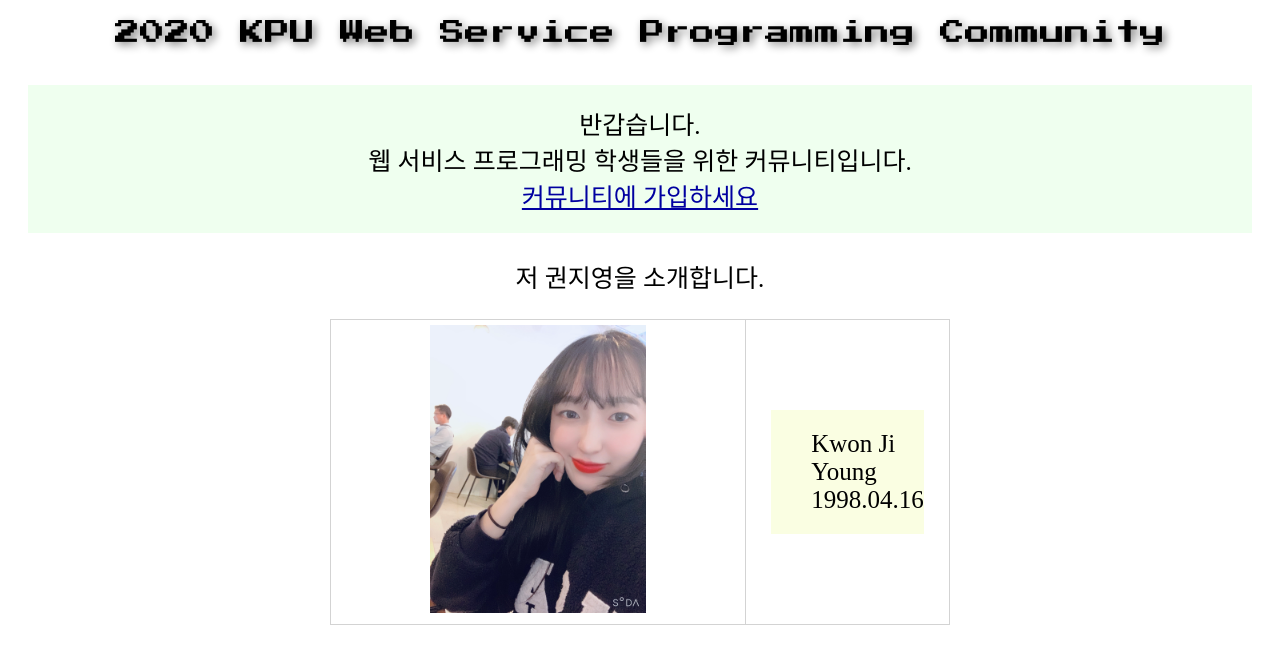
Repository: JiYoung-Kwon/WebProgramming
Page: workspace_20206R/kwonjiyoung_reg/WebContent/welcome.html
An editor plug-in stored every save of this project. The page is shown before and after the next save, followed by the edit.
The browser window is 1280 px wide. The pictures show the whole page.
Some web fonts or font styles are not loaded; a fallback is used.

Above is the page before, as saved 2020-10-07 07:52:23.

After the next save:
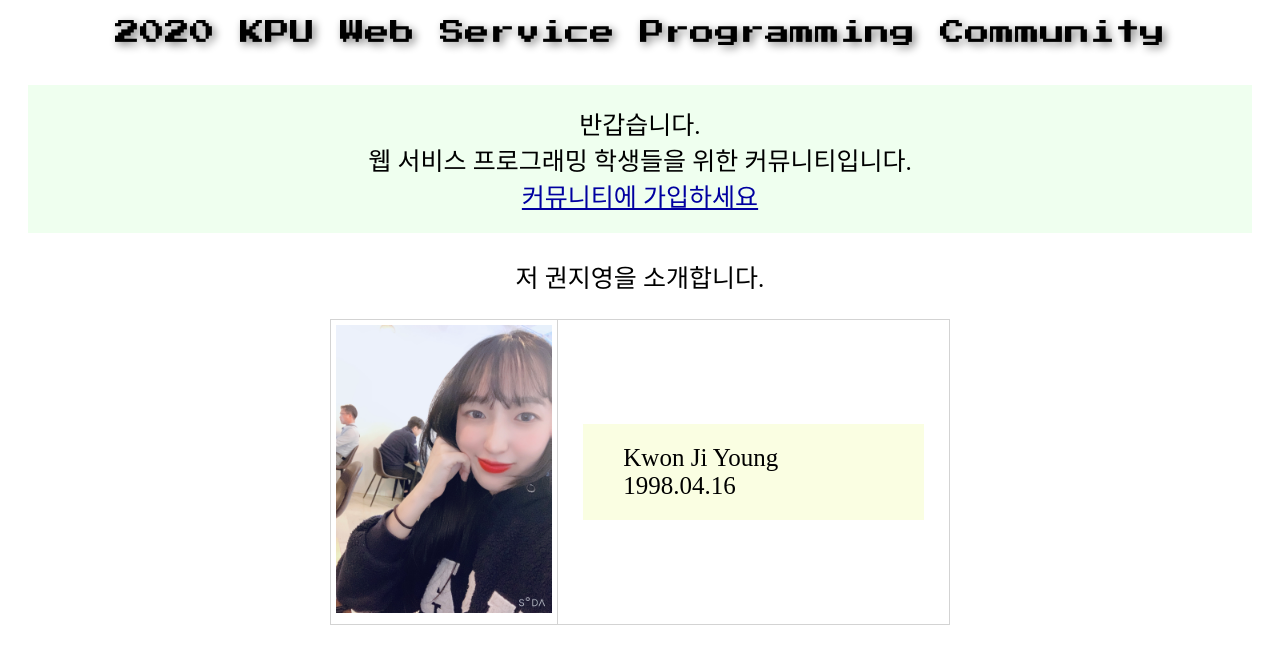
Saved 4 min 24 s later.
--- a/workspace_20206R/kwonjiyoung_reg/WebContent/welcome.html
+++ b/workspace_20206R/kwonjiyoung_reg/WebContent/welcome.html
@@ -25,7 +25,7 @@
 		<div>
 			<table>
 				<tr>
-					<td> <img src="resources/Jiyoung.jpg" alt="jiyoung" width="216"height="288"></td>
+					<th> <img src="resources/Jiyoung.jpg" alt="jiyoung" width="216"height="288"></th>
 					<td>
 						<ul>
 							<li> Kwon Ji Young</li>
